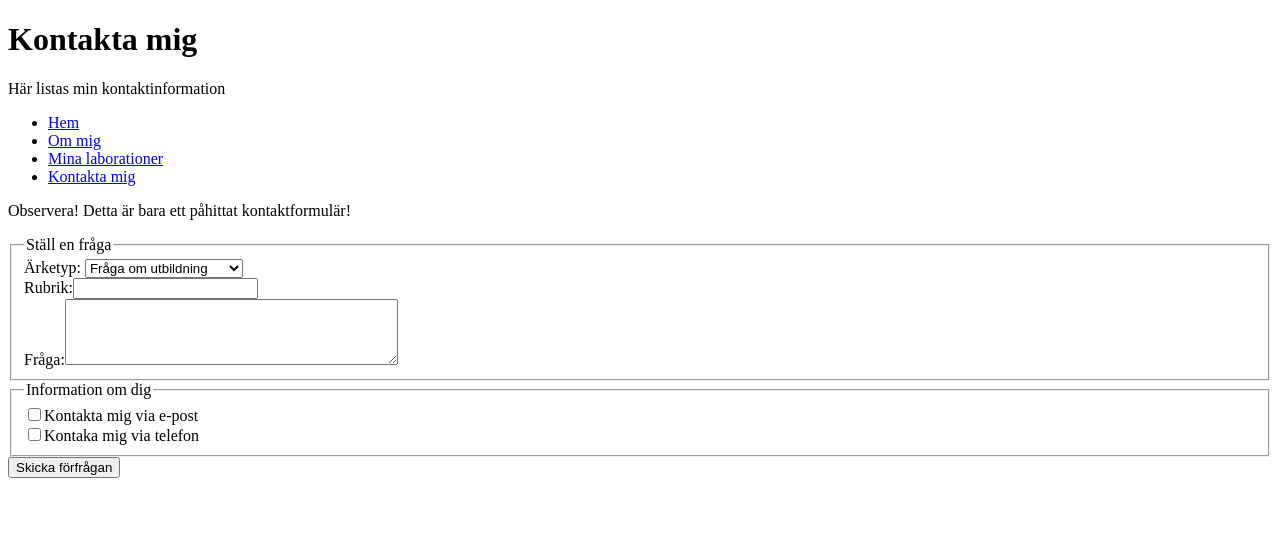
Repository: Holmewi/1ik415-jh222qr-laborationer
Page: pages/kontakt.html
The author's editor kept a record of every edit. The page is drawn from the files as they stood at one moment, then again after the next edit.
The browser window is 1280 px wide. The pictures show the whole page.

Above is the page before.

After the next edit:
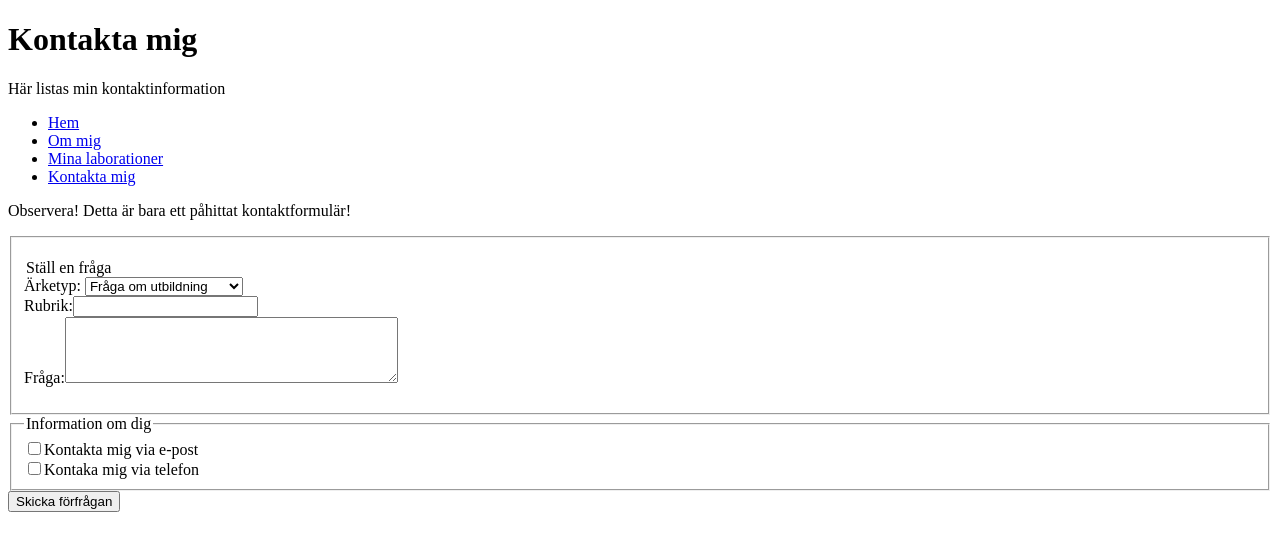
The edit:
--- a/pages/kontakt.html
+++ b/pages/kontakt.html
@@ -21,6 +21,7 @@
 
         <form id="input" action="http://voyager.lnu.se/tekinet/kurser/dtt/wp_webbintro/form.php" method="post">
             <fieldset>
+                <p>
                 <legend>Ställ en fråga</legend>
                 Ärketyp:
                 <select>
